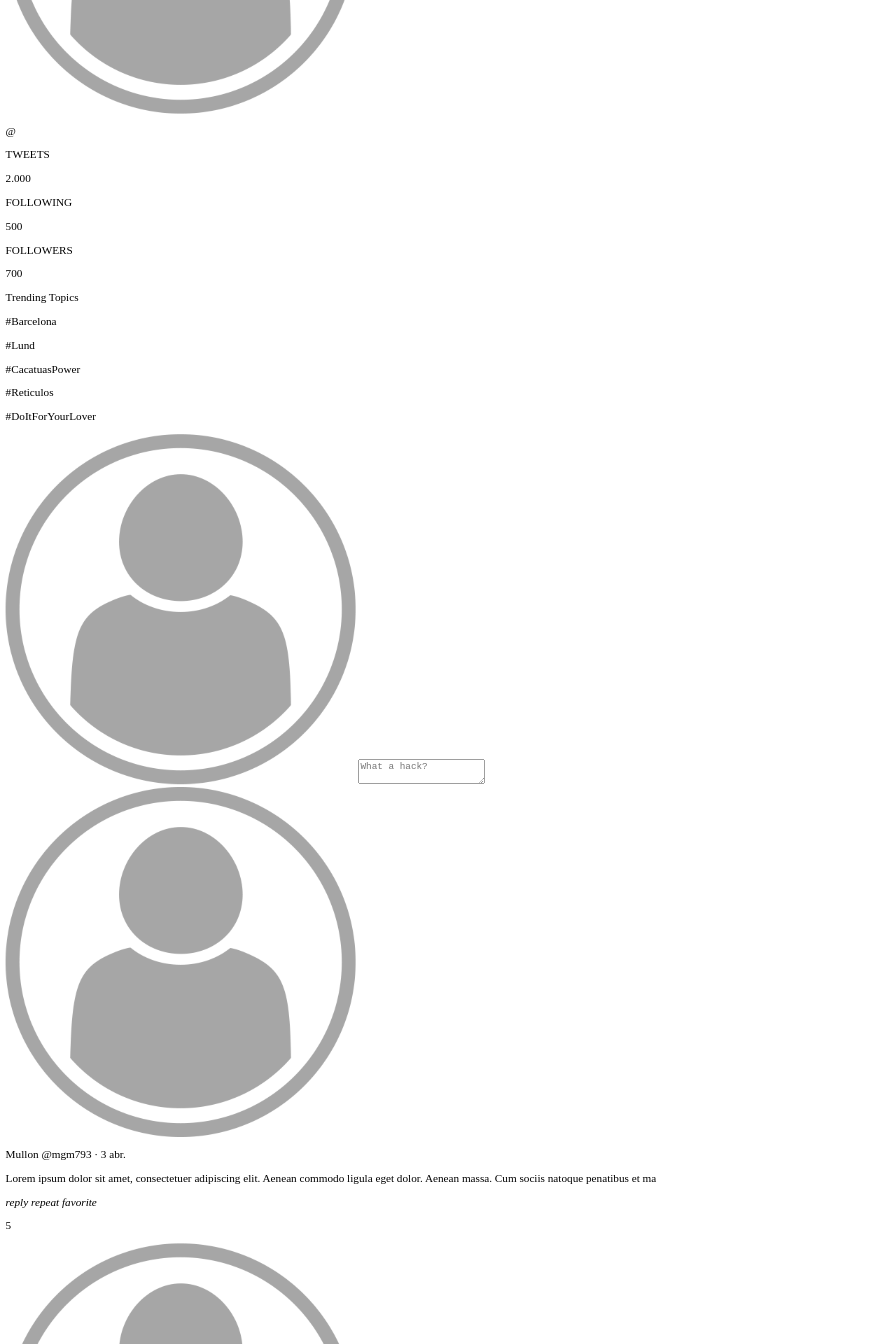
Repository: mgm793/EPAW
Page: http://localhost/Twitter/Time.jsp
The author's editor kept a copy of each file at every save. The page is drawn from the files as they stood at one save, then again after the next save.
The browser window is 1280 px wide. The pictures show the part of the page from y = 345 to 2265 px (the page is 4458 px tall before and 4356 px after), at 70% of full size.
The page is served by Tomcat 9. Other server files are loaded and not shown.

Above is the page before, as saved 2017-06-10 14:58:41.

### Twitter/WebContent/Time.jsp
<%@ page language="java" contentType="text/html; charset=UTF-8"
pageEncoding="UTF-8"%>
<%@taglib prefix="c" uri="http://java.sun.com/jsp/jstl/core"%>
<div class="bodyLeft">
	<div class="profileSide">
		<div class ="profileInfo">
			<div class="head"></div>
			<div class="info">
				<img src="imgs/logo_user.png" alt="icon">
				<div class="name">
				<p><b>${sessionScope.user.name}</b></p>
				<p class="clickable" onclick="goProfile('${sessionScope.user.username}')">@${sessionScope.user.username}</p>
				</div>
			</div>
			<div class="stats">
			<div><p>TWEETS</p><p class="num">2.000</p></div>
			<div><p>FOLLOWING</p><p class="num">500</p></div>
			<div><p>FOLLOWERS</p><p class="num">700</p></div>
			</div>
		</div>
	</div>
	<div class="TTSide">
		<div class ="TTcontent">
			<p class="title">Trending Topics</p>
			<p class="hashtag clickable">#Barcelona</p>
			<p class="hashtag clickable">#Lund</p>
			<p class="hashtag clickable">#CacatuasPower</p>
			<p class="hashtag clickable">#Reticulos</p>
			<p class="hashtag clickable">#DoItForYourLover</p>
		</div>
	</div>
</div>
<div class="bodyCenter">
	<p class="type" style="display: none"> Timeline </p>
	<div class="input">
		<img src="imgs/logo_user.png" alt="img">
		<textarea id="inputTweet" maxlength="140" placeholder="What a hack?"></textarea>
	</div>
	<div class="tweets">
		<div class="tweet">
			<img src="imgs/logo_user.png" alt="img">
			<p class="header">
				<span class="bold">Mullon</span>
				<span class="grey">@mgm793</span>
				<span class="grey"> · </span>
				<span class="grey">3 abr.</span>
			</p>
			<p class="bodytweet">
				Lorem ipsum dolor sit amet, consectetuer adipiscing elit. Aenean commodo ligula eget dolor. Aenean massa. Cum sociis natoque penatibus et ma
			</p>
			<div class="options">
				<i class="material-icons" id="reply">reply</i>
				<i class="material-icons" id="retuit">repeat</i>
				<i class="material-icons" id="fav">favorite</i><p id="numFav">5</p>
			</div>
		</div>
		<div class="tweet">
			<img src="imgs/logo_user.png" alt="img">
			<p class="header">
				<span class="bold">Mullon</span>
				<span class="grey">@mgm793</span>
				<span class="grey"> · </span>
				<span class="grey">3 abr.</span>
			</p>
			<p class="bodytweet">
				Lorem ipsum dolor sit amet, consectetuer adipiscing elit. Aenean commodo ligula eget dolor. Aenean massa. Cum sociis natoque penatibus et ma
			</p>
			<div class="options">
				<i class="material-icons" id="reply">reply</i>
				<i class="material-icons" id="retuit">repeat</i>
				<i class="material-icons" id="fav">favorite</i><p id="numFav">5</p>
			</div>
		</div>
	</div>
</div>
<div class="bodyRight">
	<div class="usersSide">
		<div class ="usersInfo">
			<p class="title">MVP Users</p>
			<div class="userBlock clickable">
					<img alt="user image" src="imgs/logo_user.png">
					<div class="info">
						<p class="user">@mgm793</p>
					</div>
			</div>
			<div class="userBlock clickable">
					<img alt="user image" src="imgs/logo_user.png">
					<div class="info">
						<p class="user">@mgm793</p>
					</div>
			</div>
			<div class="userBlock clickable">
					<img alt="user image" src="imgs/logo_user.png">
					<div class="info">
						<p class="user">@mgm793</p>
					</div>
			</div>
		</div>
	</div>
</div>

After the next save:
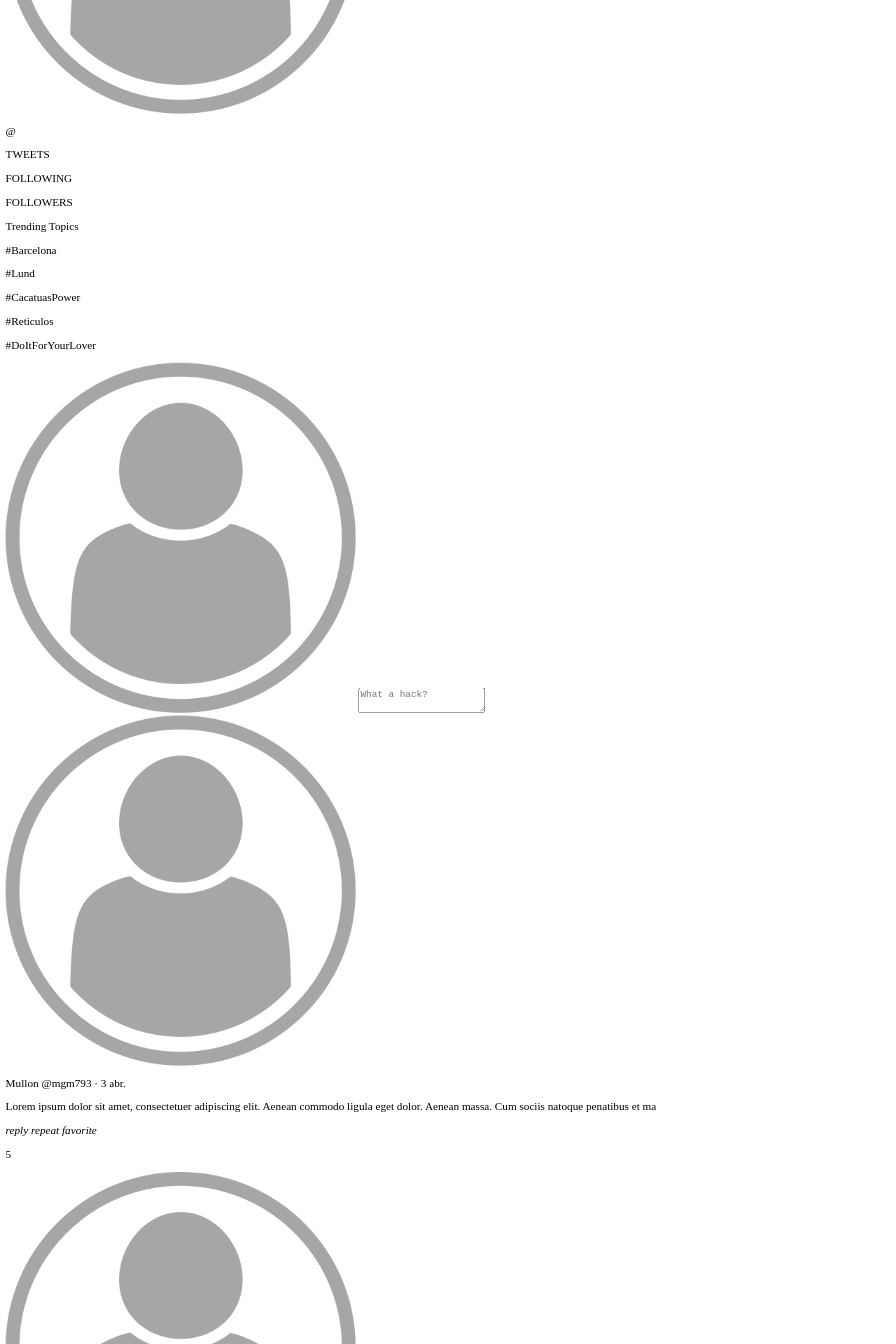
Saved 4 min 49 s later.
--- a/Twitter/WebContent/Time.jsp
+++ b/Twitter/WebContent/Time.jsp
@@ -13,9 +13,9 @@
 				</div>
 			</div>
 			<div class="stats">
-			<div><p>TWEETS</p><p class="num">2.000</p></div>
-			<div><p>FOLLOWING</p><p class="num">500</p></div>
-			<div><p>FOLLOWERS</p><p class="num">700</p></div>
+			<div><p>TWEETS</p><p class="num">${sessionScope.user.tweets}</p></div>
+			<div><p>FOLLOWING</p><p class="num">${sessionScope.user.following}</p></div>
+			<div><p>FOLLOWERS</p><p class="num">${sessionScope.user.followers}</p></div>
 			</div>
 		</div>
 	</div>
